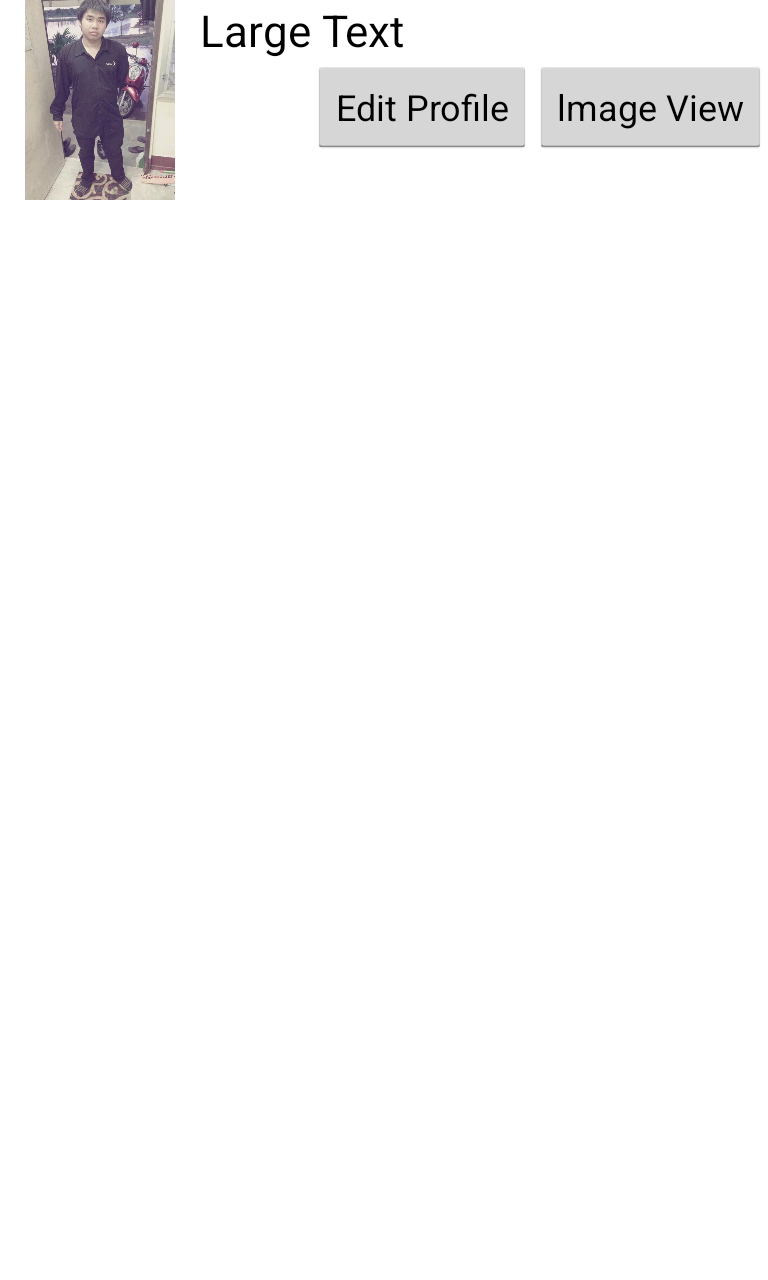
Repository: PanumartThamkawin/Resuma_55410657
Layout: Panu657/res/layout/activity_main.xml
An editor plug-in stored every save of this project. The layout is shown before and after the next save, followed by the edit.
It is drawn on a 768 x 1280 px phone screen (xhdpi) without system bars, with theme AppTheme; the app's code is not run.

Above is the layout before, as saved 2014-09-01 05:34:50.

### Panu657/res/layout/activity_main.xml
<RelativeLayout xmlns:android="http://schemas.android.com/apk/res/android"
    xmlns:tools="http://schemas.android.com/tools"
    android:layout_width="match_parent"
    android:layout_height="match_parent"
    android:layout_marginLeft="5dp"
    tools:context="${relativePackage}.${activityClass}" >

    <LinearLayout
        android:id="@+id/linearLayout1"
        android:layout_width="100dp"
        android:layout_height="100dp" >

        <ImageView
            android:id="@+id/imageView1"
            android:layout_width="wrap_content"
            android:layout_height="wrap_content"
            android:src="@drawable/jame" />
    </LinearLayout>

    <TextView
        android:id="@+id/textView1"
        android:layout_width="wrap_content"
        android:layout_height="wrap_content"
        android:layout_alignParentTop="true"
        android:layout_toRightOf="@+id/linearLayout1"
        android:text="Large Text"
        android:textAppearance="?android:attr/textAppearanceLarge" />

    <LinearLayout
        android:layout_width="wrap_content"
        android:layout_height="wrap_content"
        android:layout_alignParentRight="true"
        android:layout_below="@id/textView1" >

        <Button
            android:id="@+id/button1"
            android:layout_width="wrap_content"
            android:layout_height="wrap_content"
            android:text="Edit Profile" />

        <Button
            android:id="@+id/button2"
            android:layout_width="wrap_content"
            android:layout_height="wrap_content"
            android:text="lmage View" />

    </LinearLayout>

</RelativeLayout>

Loaded but not shown: Panu657/res/values/styles.xml (common file); Panu657/res/values-v11/styles.xml (common file); Panu657/res/values-v14/styles.xml (common file)

After the next save:
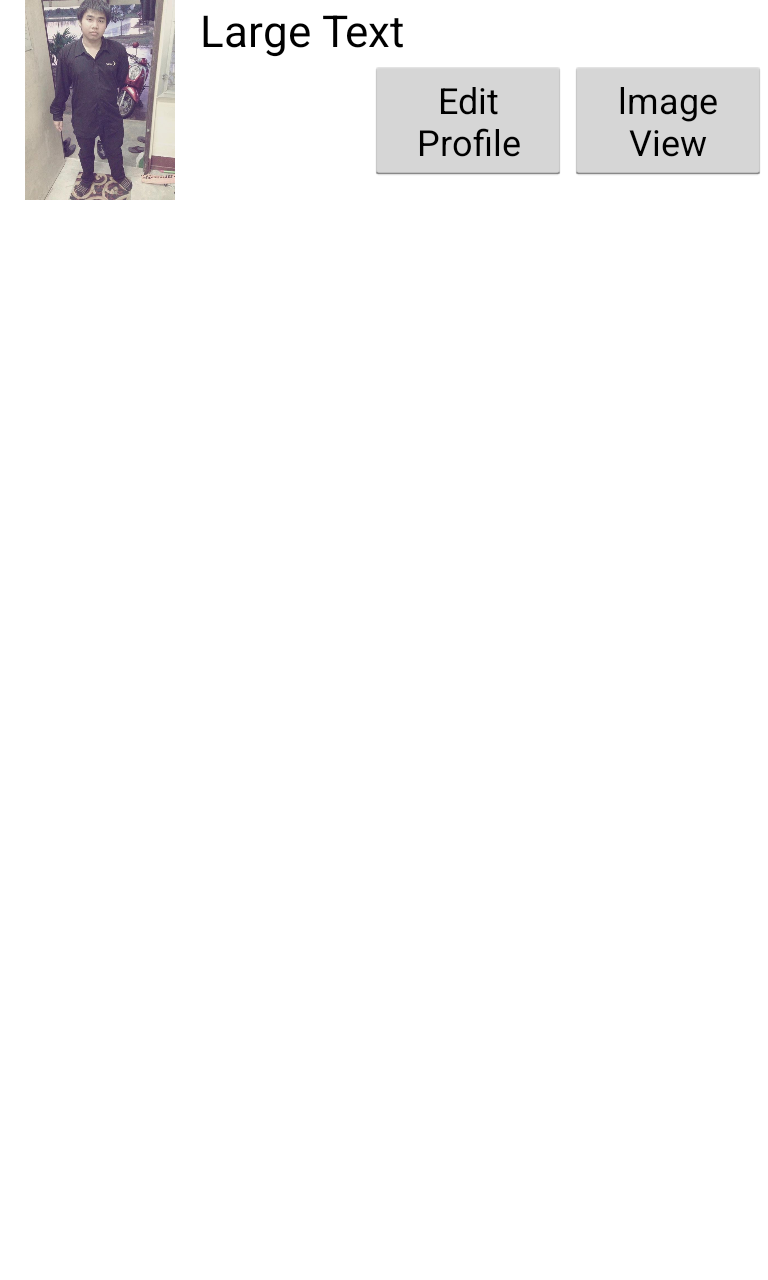
Saved 2 min 9 s later.
--- a/Panu657/res/layout/activity_main.xml
+++ b/Panu657/res/layout/activity_main.xml
@@ -34,13 +34,13 @@
 
         <Button
             android:id="@+id/button1"
-            android:layout_width="wrap_content"
+            android:layout_width="100dp"
             android:layout_height="wrap_content"
             android:text="Edit Profile" />
 
         <Button
             android:id="@+id/button2"
-            android:layout_width="wrap_content"
+            android:layout_width="100dp"
             android:layout_height="wrap_content"
             android:text="lmage View" />
 
